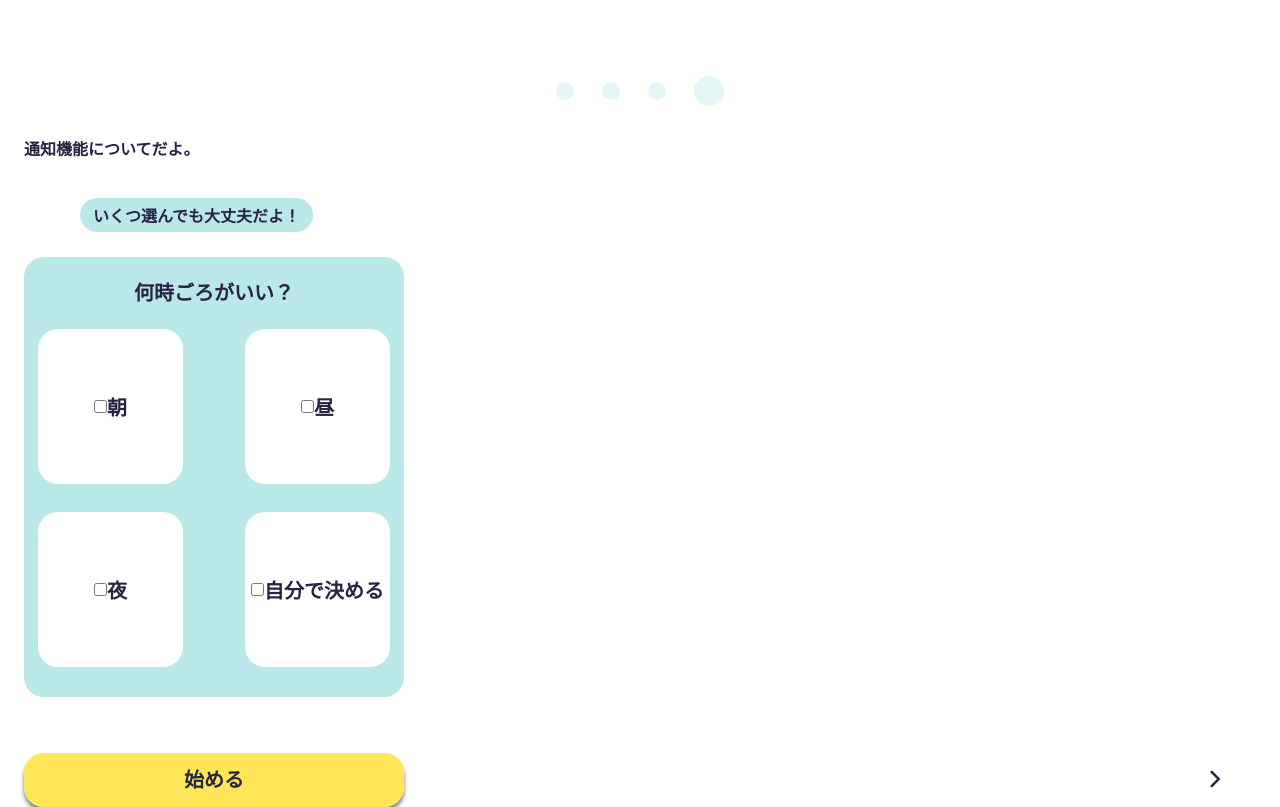
Repository: misaki0919/Self-care
Page: notice.html
An editor plug-in stored every save of this project. The page is shown before and after a run of saves, followed by the edit.
The browser window is 1280 px wide. The pictures show the whole page.
Some web fonts or font styles are not loaded; a fallback is used.

Above is the page before, as saved 2026-07-19 22:41:05.

After the next 2 saves:
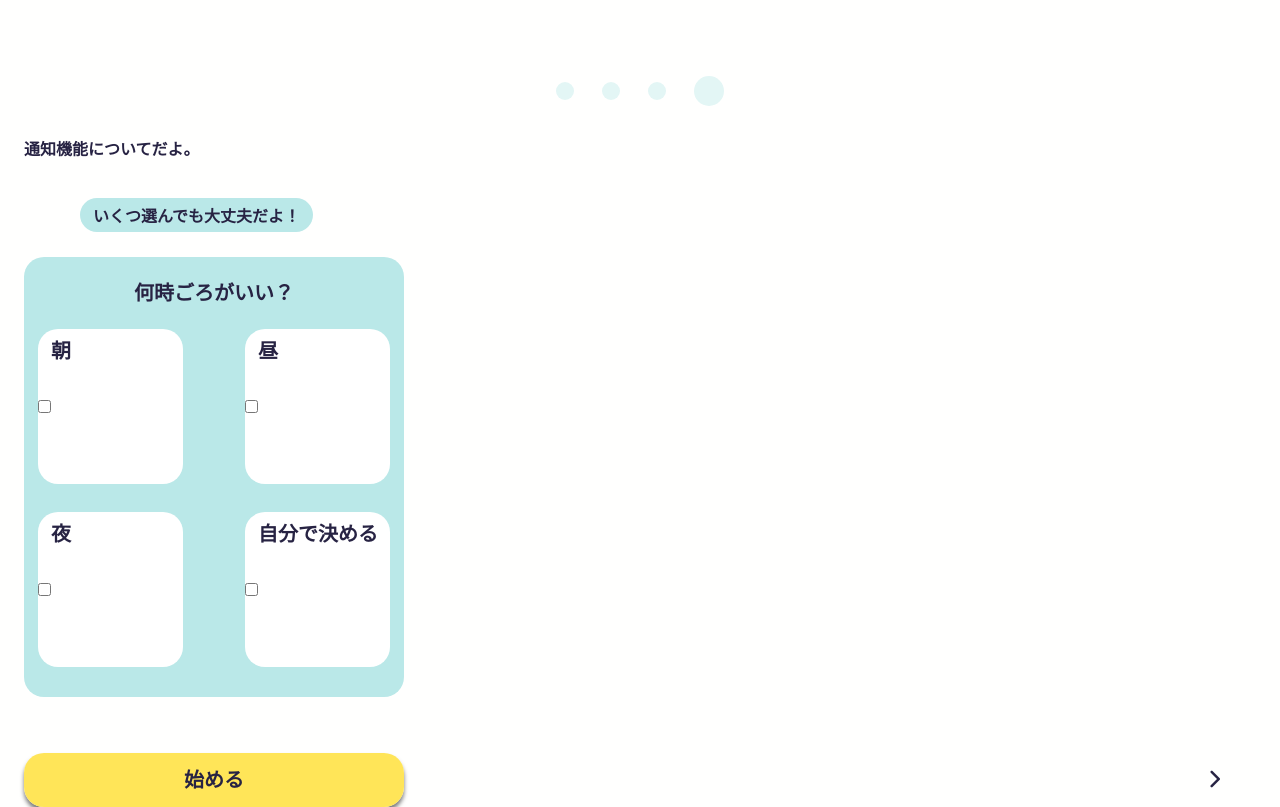
The 2 saves are shown as one change because they came seconds apart.
The last was saved 47 s later.
--- a/css/notice.css
+++ b/css/notice.css
@@ -86,6 +86,16 @@ body{
                 text-decoration: none;
                 color: #272343;
             }
+            input[type="checkbox"] + label{
+            border: solid 1px tomato;
+            border: none;
+            width:163px;
+            height: 144px;
+            }
+            input[type="checkbox"]:checked + label{
+            border: solid 1px #FFE558;
+            border-radius: 20px;
+            }
         }
         }
 
